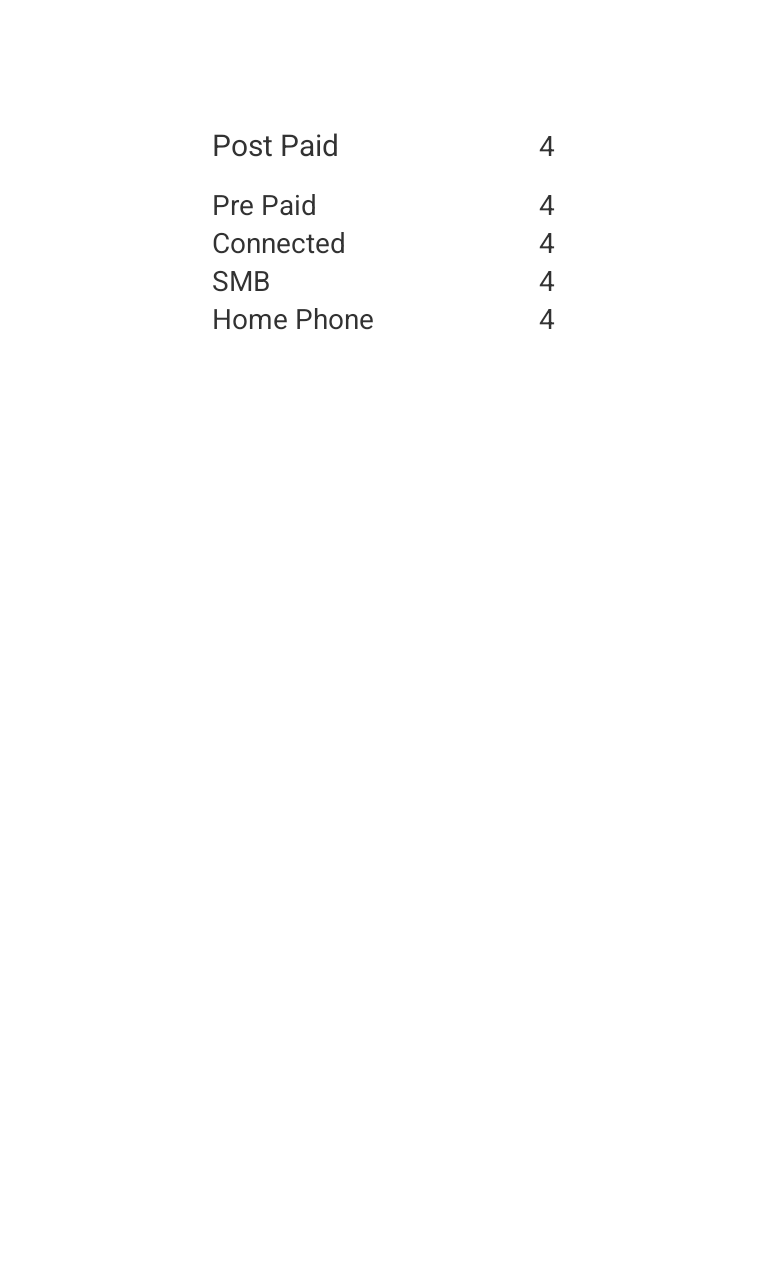
Repository: jemcphe/XCell
Layout: XCell/res/layout/data_adds.xml
The author's editor kept a copy of each file at every save. The layout is drawn from the files as they stood at one save, then again after the next save.
It is drawn on a 768 x 1280 px phone screen (xhdpi) without system bars, with theme Theme.Xcell; the app's code is not run.

Above is the layout before, as saved 2013-08-16 23:49:44.

### XCell/res/layout/data_adds.xml
<?xml version="1.0" encoding="utf-8"?>
<RelativeLayout xmlns:android="http://schemas.android.com/apk/res/android"
    android:layout_width="match_parent"
    android:layout_height="match_parent" >

    <GridLayout
        android:layout_width="wrap_content"
        android:layout_height="wrap_content"
        android:layout_alignParentTop="true"
        android:layout_centerHorizontal="true"
        android:layout_marginTop="62dp"
        android:columnCount="2" >

        <TextView
            android:layout_width="wrap_content"
            android:layout_height="wrap_content"
            android:text="Post Paid"
            android:paddingRight="100dp"
            android:paddingBottom="10dp"
            android:textSize="15sp"/>
        <TextView
            android:layout_width="wrap_content"
            android:layout_height="wrap_content"
            android:text="4"/>
        <TextView
            android:layout_width="wrap_content"
            android:layout_height="wrap_content"
            android:text="Pre Paid"/>
        <TextView
            android:layout_width="wrap_content"
            android:layout_height="wrap_content"
            android:text="4"/>
        <TextView
            android:layout_width="wrap_content"
            android:layout_height="wrap_content"
            android:text="Connected"/>
        <TextView
            android:layout_width="wrap_content"
            android:layout_height="wrap_content"
            android:text="4"/>
        <TextView
            android:layout_width="wrap_content"
            android:layout_height="wrap_content"
            android:text="SMB"/>
        <TextView
            android:layout_width="wrap_content"
            android:layout_height="wrap_content"
            android:text="4"/>
        <TextView
            android:layout_width="wrap_content"
            android:layout_height="wrap_content"
            android:text="Home Phone"/>
        <TextView
            android:layout_width="wrap_content"
            android:layout_height="wrap_content"
            android:text="4"/>

    </GridLayout>

</RelativeLayout>

### XCell/res/values/styles_xcell.xml
<?xml version="1.0" encoding="utf-8"?>

<resources>

    <style name="Theme.Xcell" parent="@android:style/Theme.Holo.Light">
        <item name="android:actionBarItemBackground">@drawable/selectable_background_xcell</item>
        <item name="android:popupMenuStyle">@style/PopupMenu.Xcell</item>
        <item name="android:dropDownListViewStyle">@style/DropDownListView.Xcell</item>
        <item name="android:actionBarTabStyle">@style/ActionBarTabStyle.Xcell</item>
        <item name="android:actionDropDownStyle">@style/DropDownNav.Xcell</item>
        <item name="android:actionBarStyle">@style/ActionBar.Solid.Xcell</item>
        <item name="android:actionModeBackground">@drawable/cab_background_top_xcell</item>
        <item name="android:actionModeSplitBackground">@drawable/cab_background_bottom_xcell</item>
        <item name="android:actionModeCloseButtonStyle">@style/ActionButton.CloseMode.Xcell</item>


    </style>

    <style name="ActionBar.Solid.Xcell" parent="@android:style/Widget.Holo.Light.ActionBar.Solid">
        <item name="android:background">@drawable/ab_background_textured_xcell</item>
        <item name="android:backgroundStacked">@drawable/ab_stacked_solid_xcell</item>
        <item name="android:backgroundSplit">@drawable/ab_background_textured_xcell</item>
        <item name="android:progressBarStyle">@style/ProgressBar.Xcell</item>
    </style>

    <style name="ActionBar.Transparent.Xcell" parent="@android:style/Widget.Holo.Light.ActionBar">
        <item name="android:background">@drawable/ab_transparent_xcell</item>
        <item name="android:progressBarStyle">@style/ProgressBar.Xcell</item>
    </style>

    <style name="PopupMenu.Xcell" parent="@android:style/Widget.Holo.Light.ListPopupWindow">
        <item name="android:popupBackground">@drawable/menu_dropdown_panel_xcell</item>
    </style>

    <style name="DropDownListView.Xcell" parent="@android:style/Widget.Holo.Light.ListView.DropDown">
        <item name="android:listSelector">@drawable/selectable_background_xcell</item>
    </style>

    <style name="ActionBarTabStyle.Xcell" parent="@android:style/Widget.Holo.Light.ActionBar.TabView">
        <item name="android:background">@drawable/tab_indicator_ab_xcell</item>
    </style>

    <style name="DropDownNav.Xcell" parent="@android:style/Widget.Holo.Light.Spinner">
        <item name="android:background">@drawable/spinner_background_ab_xcell</item>
        <item name="android:popupBackground">@drawable/menu_dropdown_panel_xcell</item>
        <item name="android:dropDownSelector">@drawable/selectable_background_xcell</item>
    </style>

    <style name="ProgressBar.Xcell" parent="@android:style/Widget.Holo.Light.ProgressBar.Horizontal">
        <item name="android:progressDrawable">@drawable/progress_horizontal_xcell</item>
    </style>

    <style name="ActionButton.CloseMode.Xcell" parent="@android:style/Widget.Holo.Light.ActionButton.CloseMode">
        <item name="android:background">@drawable/btn_cab_done_xcell</item>
    </style>

    <!-- this style is only referenced in a Light.DarkActionBar based theme -->
    <style name="Theme.Xcell.Widget" parent="@android:style/Theme.Holo">
        <item name="android:popupMenuStyle">@style/PopupMenu.Xcell</item>
        <item name="android:dropDownListViewStyle">@style/DropDownListView.Xcell</item>
    </style>

</resources>

### XCell/res/drawable/selectable_background_xcell.xml
<?xml version="1.0" encoding="utf-8"?>
<!-- File created by the Android Action Bar Style Generator

     Copyright (C) 2011 The Android Open Source Project
     Copyright (C) 2012 readyState Software Ltd

     Licensed under the Apache License, Version 2.0 (the "License");
     you may not use this file except in compliance with the License.
     You may obtain a copy of the License at

          http://www.apache.org/licenses/LICENSE-2.0

     Unless required by applicable law or agreed to in writing, software
     distributed under the License is distributed on an "AS IS" BASIS,
     WITHOUT WARRANTIES OR CONDITIONS OF ANY KIND, either express or implied.
     See the License for the specific language governing permissions and
     limitations under the License.
-->

<selector xmlns:android="http://schemas.android.com/apk/res/android"
        android:exitFadeDuration="@android:integer/config_mediumAnimTime" >
    <item android:state_pressed="false" android:state_focused="true" android:drawable="@drawable/list_focused_xcell" />
    <item android:state_pressed="true" android:drawable="@drawable/pressed_background_xcell" />
    <item android:drawable="@android:color/transparent" />
</selector>

### XCell/res/drawable/btn_cab_done_xcell.xml
<?xml version="1.0" encoding="utf-8"?>
<!-- File created by the Android Action Bar Style Generator

     Copyright (C) 2011 The Android Open Source Project
     Copyright (C) 2012 readyState Software Ltd

     Licensed under the Apache License, Version 2.0 (the "License");
     you may not use this file except in compliance with the License.
     You may obtain a copy of the License at

          http://www.apache.org/licenses/LICENSE-2.0

     Unless required by applicable law or agreed to in writing, software
     distributed under the License is distributed on an "AS IS" BASIS,
     WITHOUT WARRANTIES OR CONDITIONS OF ANY KIND, either express or implied.
     See the License for the specific language governing permissions and
     limitations under the License.
-->

<selector xmlns:android="http://schemas.android.com/apk/res/android">
    <item android:state_pressed="true"
        android:drawable="@drawable/btn_cab_done_pressed_xcell" />
    <item android:state_focused="true" android:state_enabled="true"
        android:drawable="@drawable/btn_cab_done_focused_xcell" />
    <item android:state_enabled="true"
        android:drawable="@drawable/btn_cab_done_default_xcell" />
</selector>

### XCell/res/drawable/ab_background_textured_xcell.xml
<?xml version="1.0" encoding="utf-8"?>
<!-- File created by the Android Action Bar Style Generator

     Copyright (C) 2012 readyState Software Ltd

     Licensed under the Apache License, Version 2.0 (the "License");
     you may not use this file except in compliance with the License.
     You may obtain a copy of the License at

          http://www.apache.org/licenses/LICENSE-2.0

     Unless required by applicable law or agreed to in writing, software
     distributed under the License is distributed on an "AS IS" BASIS,
     WITHOUT WARRANTIES OR CONDITIONS OF ANY KIND, either express or implied.
     See the License for the specific language governing permissions and
     limitations under the License.
-->

<bitmap xmlns:android="http://schemas.android.com/apk/res/android"
    android:src="@drawable/ab_texture_tile_xcell"
    android:tileMode="repeat" />

### XCell/res/drawable/progress_horizontal_xcell.xml
<?xml version="1.0" encoding="utf-8"?>
<!-- File created by the Android Action Bar Style Generator

     Copyright (C) 2011 The Android Open Source Project
     Copyright (C) 2012 readyState Software Ltd

     Licensed under the Apache License, Version 2.0 (the "License");
     you may not use this file except in compliance with the License.
     You may obtain a copy of the License at

          http://www.apache.org/licenses/LICENSE-2.0

     Unless required by applicable law or agreed to in writing, software
     distributed under the License is distributed on an "AS IS" BASIS,
     WITHOUT WARRANTIES OR CONDITIONS OF ANY KIND, either express or implied.
     See the License for the specific language governing permissions and
     limitations under the License.
-->

<layer-list xmlns:android="http://schemas.android.com/apk/res/android">

    <item android:id="@android:id/background"
          android:drawable="@drawable/progress_bg_xcell" />

    <item android:id="@android:id/secondaryProgress">
        <scale android:scaleWidth="100%"
               android:drawable="@drawable/progress_secondary_xcell" />
    </item>

    <item android:id="@android:id/progress">
        <scale android:scaleWidth="100%"
               android:drawable="@drawable/progress_primary_xcell" />
    </item>

</layer-list>

### XCell/res/drawable/spinner_background_ab_xcell.xml
<?xml version="1.0" encoding="utf-8"?>
<!-- File created by the Android Action Bar Style Generator

     Copyright (C) 2011 The Android Open Source Project
     Copyright (C) 2012 readyState Software Ltd

     Licensed under the Apache License, Version 2.0 (the "License");
     you may not use this file except in compliance with the License.
     You may obtain a copy of the License at

          http://www.apache.org/licenses/LICENSE-2.0

     Unless required by applicable law or agreed to in writing, software
     distributed under the License is distributed on an "AS IS" BASIS,
     WITHOUT WARRANTIES OR CONDITIONS OF ANY KIND, either express or implied.
     See the License for the specific language governing permissions and
     limitations under the License.
-->

<selector xmlns:android="http://schemas.android.com/apk/res/android">
    <item android:state_enabled="false"
        android:drawable="@drawable/spinner_ab_disabled_xcell" />
    <item android:state_pressed="true"
        android:drawable="@drawable/spinner_ab_pressed_xcell" />
    <item android:state_pressed="false" android:state_focused="true"
        android:drawable="@drawable/spinner_ab_focused_xcell" />
    <item android:drawable="@drawable/spinner_ab_default_xcell" />
</selector>

### XCell/res/drawable/tab_indicator_ab_xcell.xml
<?xml version="1.0" encoding="utf-8"?>
<!-- File created by the Android Action Bar Style Generator

     Copyright (C) 2011 The Android Open Source Project
     Copyright (C) 2012 readyState Software Ltd

     Licensed under the Apache License, Version 2.0 (the "License");
     you may not use this file except in compliance with the License.
     You may obtain a copy of the License at

          http://www.apache.org/licenses/LICENSE-2.0

     Unless required by applicable law or agreed to in writing, software
     distributed under the License is distributed on an "AS IS" BASIS,
     WITHOUT WARRANTIES OR CONDITIONS OF ANY KIND, either express or implied.
     See the License for the specific language governing permissions and
     limitations under the License.
-->

<selector xmlns:android="http://schemas.android.com/apk/res/android">
    <!-- Non focused states -->
    <item android:state_focused="false" android:state_selected="false" android:state_pressed="false" android:drawable="@android:color/transparent"/>
    <item android:state_focused="false" android:state_selected="true"  android:state_pressed="false" android:drawable="@drawable/tab_selected_xcell" />

    <!-- Focused states -->
    <item android:state_focused="true" android:state_selected="false" android:state_pressed="false" android:drawable="@drawable/tab_unselected_focused_xcell" />
    <item android:state_focused="true" android:state_selected="true"  android:state_pressed="false" android:drawable="@drawable/tab_selected_focused_xcell" />

    <!-- Pressed -->
    <!--    Non focused states -->
    <item android:state_focused="false" android:state_selected="false" android:state_pressed="true" android:drawable="@drawable/tab_unselected_pressed_xcell" />
    <item android:state_focused="false" android:state_selected="true"  android:state_pressed="true" android:drawable="@drawable/tab_selected_pressed_xcell" />

    <!--    Focused states -->
    <item android:state_focused="true" android:state_selected="false" android:state_pressed="true" android:drawable="@drawable/tab_unselected_pressed_xcell" />
    <item android:state_focused="true" android:state_selected="true"  android:state_pressed="true" android:drawable="@drawable/tab_selected_pressed_xcell" />
</selector>

### XCell/res/drawable/pressed_background_xcell.xml
<?xml version="1.0" encoding="utf-8"?>
<!-- File created by the Android Action Bar Style Generator

     Copyright (C) 2011 The Android Open Source Project
     Copyright (C) 2012 readyState Software Ltd

     Licensed under the Apache License, Version 2.0 (the "License");
     you may not use this file except in compliance with the License.
     You may obtain a copy of the License at

          http://www.apache.org/licenses/LICENSE-2.0

     Unless required by applicable law or agreed to in writing, software
     distributed under the License is distributed on an "AS IS" BASIS,
     WITHOUT WARRANTIES OR CONDITIONS OF ANY KIND, either express or implied.
     See the License for the specific language governing permissions and
     limitations under the License.
-->

<shape xmlns:android="http://schemas.android.com/apk/res/android" android:shape="rectangle">
    <solid android:color="@color/pressed_xcell" />
</shape>

### XCell/res/values/colors_xcell.xml
<?xml version="1.0" encoding="utf-8"?>
<!-- File created by the Android Action Bar Style Generator

     Copyright (C) 2011 The Android Open Source Project
     Copyright (C) 2012 readyState Software Ltd

     Licensed under the Apache License, Version 2.0 (the "License");
     you may not use this file except in compliance with the License.
     You may obtain a copy of the License at

          http://www.apache.org/licenses/LICENSE-2.0

     Unless required by applicable law or agreed to in writing, software
     distributed under the License is distributed on an "AS IS" BASIS,
     WITHOUT WARRANTIES OR CONDITIONS OF ANY KIND, either express or implied.
     See the License for the specific language governing permissions and
     limitations under the License.
-->

<resources>
    <color name="pressed_xcell">#CC33B5E5</color>
    <color name="background_xcell">#d8e8e8</color>
    <color name="xcell_blue">#12679b</color>
</resources>

After the next save:
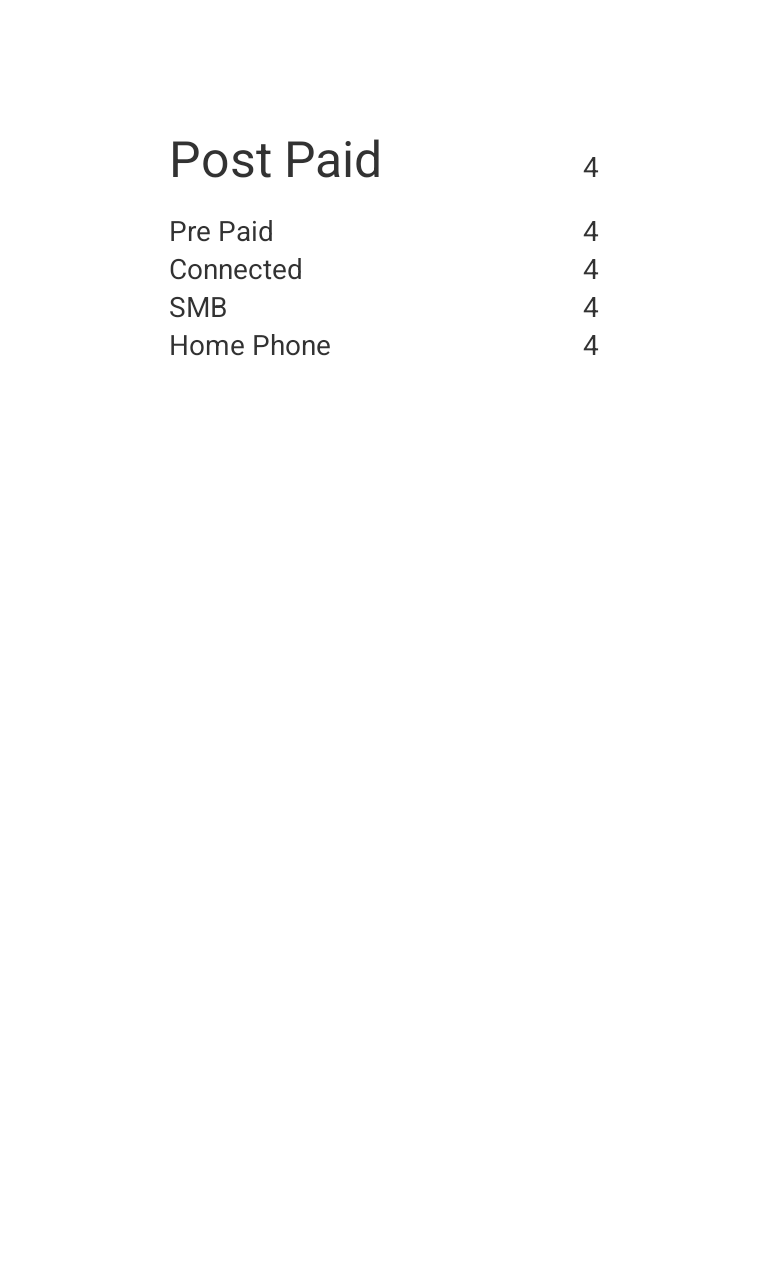
Saved 11 s later.
--- a/XCell/res/layout/data_adds.xml
+++ b/XCell/res/layout/data_adds.xml
@@ -17,7 +17,7 @@
             android:text="Post Paid"
             android:paddingRight="100dp"
             android:paddingBottom="10dp"
-            android:textSize="15sp"/>
+            android:textSize="25sp"/>
         <TextView
             android:layout_width="wrap_content"
             android:layout_height="wrap_content"
